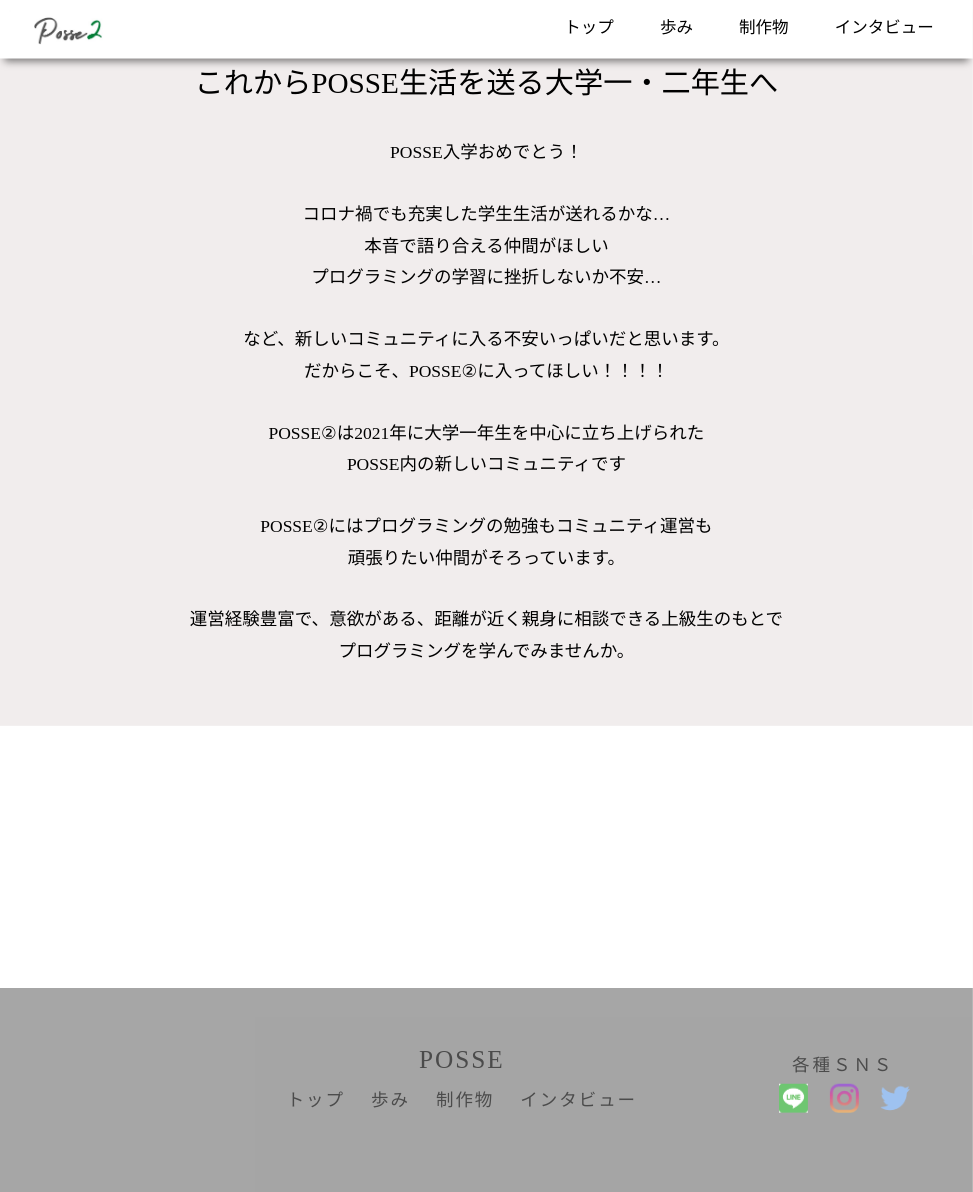
Repository: posse-ap/posse2-hackathon-202202-team2A
Page: topPage/index.html
An editor plug-in stored every save of this project. The page is shown before and after the next save, followed by the edit.
The browser window is 1280 px wide. The pictures show the whole page, at 76% of full size.

Above is the page before, as saved 2022-02-15 03:18:23.

After the next save:
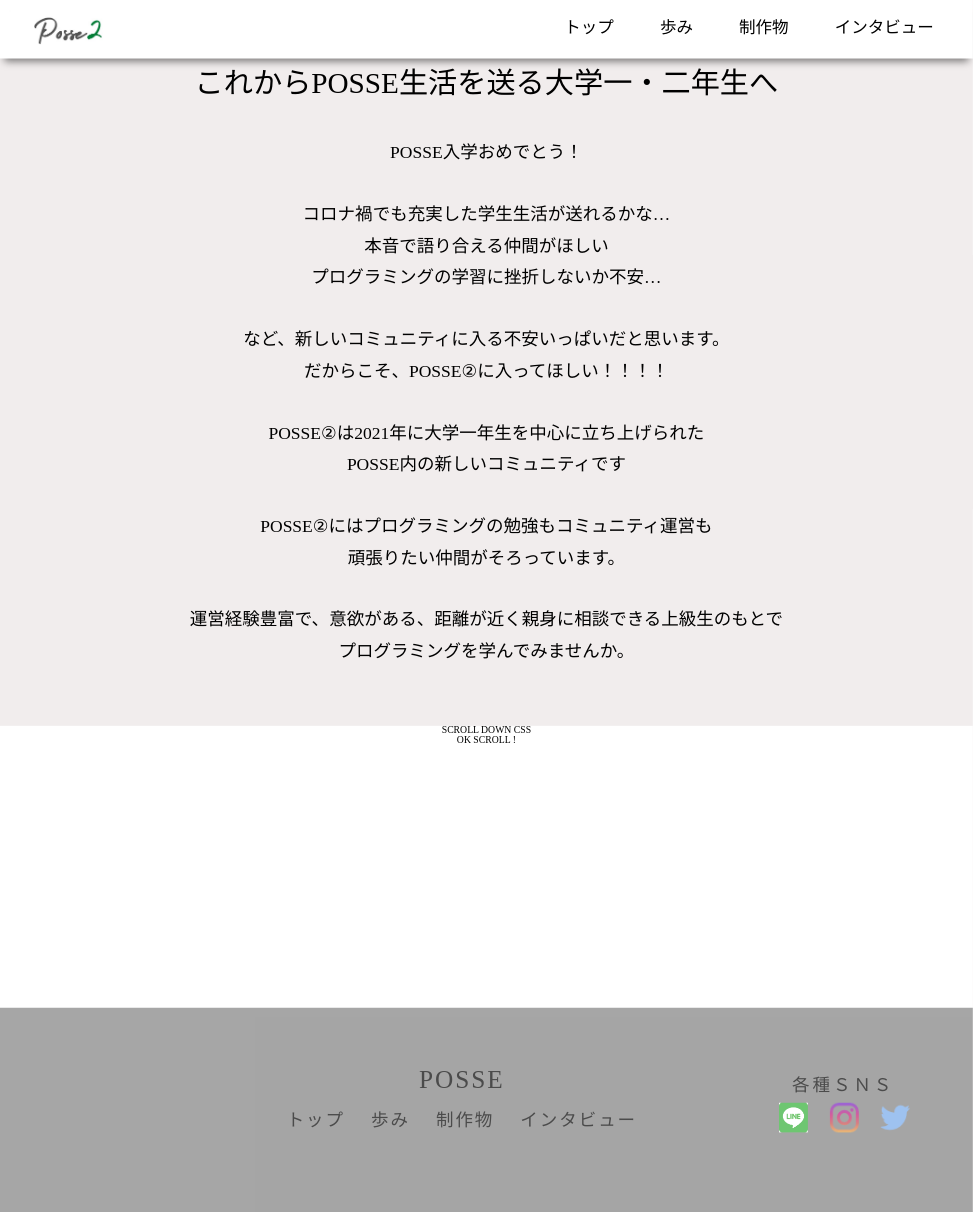
Saved 71 s later.
--- a/topPage/index.html
+++ b/topPage/index.html
@@ -79,7 +79,11 @@
     </section>
 
     <section>
-
+        <p>SCROLL DOWN CSS</p>
+        <a href="#" class="scroll-down" address="true"></a>
+        </section>
+        <section class="ok">
+        <p>OK SCROLL !</p>
     </section>
 
 
